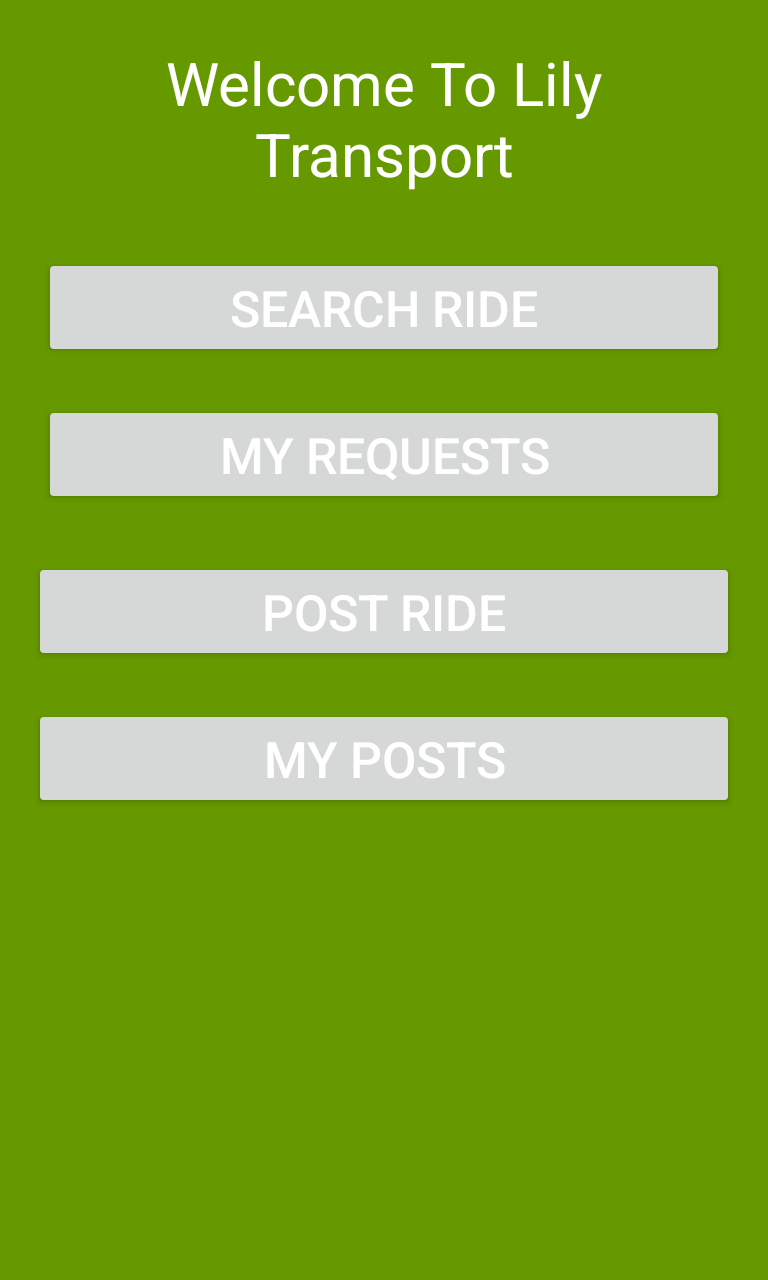
Repository: bwoldemi/LilyTrans
Layout: TransLily/res/layout/activity_main.xml
These files come from the project's save history. The layout is drawn as it stood at one moment and after the next save; the edit follows.
It is drawn on a 768 x 1280 px phone screen (xhdpi) without system bars, with theme AppTheme; the app's code is not run.

Above is the layout before, as saved 2014-11-10 20:27:05.

After the next save:
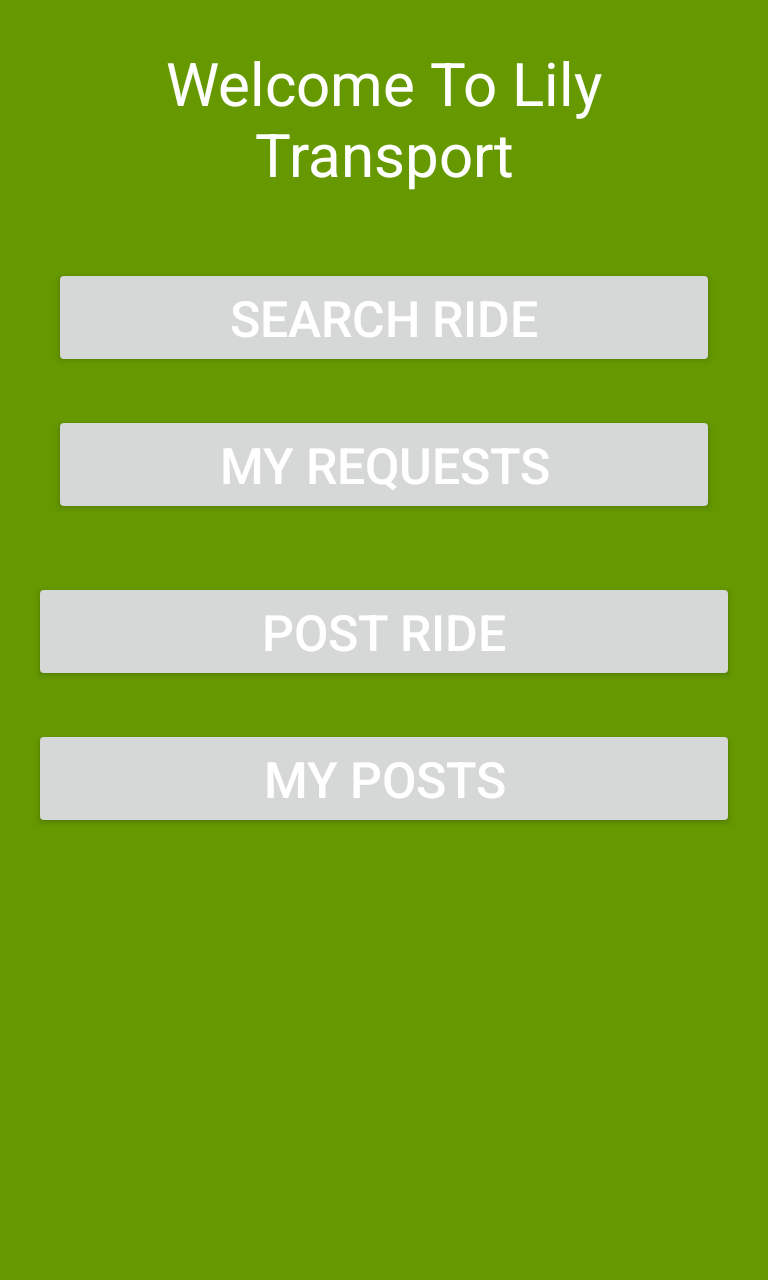
Saved 33 s later.
--- a/TransLily/res/layout/activity_main.xml
+++ b/TransLily/res/layout/activity_main.xml
@@ -27,7 +27,8 @@
             android:layout_width="fill_parent"
             android:layout_height="wrap_content"
             android:orientation="vertical"
-            android:padding="5sp" >
+            android:padding="5sp"
+            android:layout_margin="5sp" >
 
             <Button
                 android:layout_width="fill_parent"
